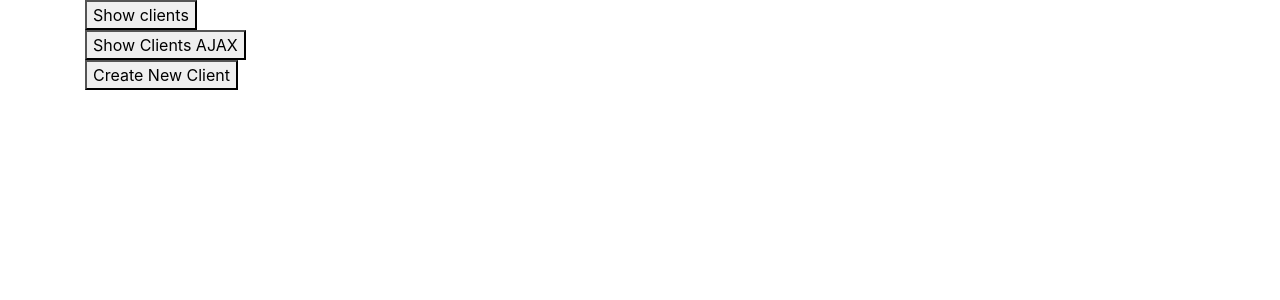
Repository: motiejus1/16-paskaita-PHP-05.31
Page: http://localhost/
These files come from the project's save history. The page is drawn as it stood at one moment and after the next save; the edit follows.
The browser window is 1280 px wide. The pictures show the whole page.
Some web libraries are served in a nearby version. The page is run by PHP 8.4 with error messages shown; the project is at /var/www/html/.

Above is the page before, as saved 2021-09-08 20:42:05.

### index.php

<?php require_once("connection.php"); ?>

<!DOCTYPE html>
<html lang="lt">
<head>
    <meta charset="UTF-8">
    <meta http-equiv="X-UA-Compatible" content="IE=edge">
    <meta name="viewport" content="width=device-width, initial-scale=1.0">
    <title>AJAX</title>

    <?php require_once("includes.php"); ?>
</head>
<body>

    <div class="container">
        <form action="index.php" method="POST">
            <button type="submit" name="submit">Show clients</button>
        </form>




        <button id="show"> Show Clients AJAX</button>
        <div id="output"></div>

        <button id="create"> Create New Client </button>
        <div id="clientForm" class="d-none">


            <input  id="vardas" class="form-control" placeholder="Įveskita vardą" />
            <input id="pavarde" class="form-control" placeholder="Įveskita pavardę" />
            <input id="teises_id" class="form-control" placeholder="Įveskita teisės id" />
            <button id="createClient">Create</button>
        </div>

        <?php
        //Pridesim i duomenu baze naujus klientus naudodami ajax.
        //

        ?>
    </div>


    <table >

    <?php
        // if(isset($_POST["submit"])) {
        //     //siunciam uzklausa i duomenu baze
        //     //duomenis atvaizduojame

        //     $sql = "SELECT * FROM klientai
        //     WHERE 1
        //     LIMIT 50
        //     ";

        //     $result = $conn->query($sql);// uzklausos vykdymas

        //     while($clients = mysqli_fetch_array($result)) {
        //         echo "<tr>";
        //         echo "<td>". $clients["ID"]. "</td>";
        //         echo "<td>". $clients["vardas"]. "</td>";
        //         echo "<td>". $clients["pavarde"]. "</td>";
        //         echo "<td>". $clients["teises_id"]. "</td>";
        //         echo "</tr>";
        //     }
        // }

    ?>

    </table>
    <?php
    //AJAX - duomenu siuntimo i serveri Javascript pagalba technika.

    // Mygtuko paspaudimu atvaizduoti 50 klientu (be puslapio persikrovimo).
    ?>



    <script src="script.js"></script>
</body>
</html>

### connection.php
<?php

$database_server = 'localhost';
$database_username = 'root';
$database_password = '';
$database_name = 'klientuvaldymosistema';

// Create connection using mysqli_connect()
$conn = mysqli_connect($database_server, $database_username, $database_password, $database_name);

// If $conn is false, connection is failed
if (!$conn ) {
  die("Failed to connect to MySQL: " . mysqli_connect_error());
}

mysqli_set_charset($conn,"utf8");
// else {
    // echo "Prisijungimas ivyko sekmingai";
// }

?>

### includes.php
<?php

//Mums prireike biblioteku, ir mes jau susikurem 25 puslapius
echo '


<link rel="stylesheet" href="https://maxcdn.bootstrapcdn.com/bootstrap/4.0.0/css/bootstrap.min.css" integrity="sha384-Gn5384xqQ1aoWXA+058RXPxPg6fy4IWvTNh0E263XmFcJlSAwiGgFAW/dAiS6JXm" crossorigin="anonymous">
<script src="https://code.jquery.com/jquery-3.2.1.min.js"></script>
<script src="https://cdnjs.cloudflare.com/ajax/libs/popper.js/1.12.9/umd/popper.min.js" integrity="sha384-ApNbgh9B+Y1QKtv3Rn7W3mgPxhU9K/ScQsAP7hUibX39j7fakFPskvXusvfa0b4Q" crossorigin="anonymous"></script>
<script src="https://maxcdn.bootstrapcdn.com/bootstrap/4.0.0/js/bootstrap.min.js" integrity="sha384-JZR6Spejh4U02d8jOt6vLEHfe/JQGiRRSQQxSfFWpi1MquVdAyjUar5+76PVCmYl" crossorigin="anonymous"></script>

';
?>

### script.js
"use strict";


//tas mygtukas paspaudimo metu isvestu informacija
//i console log


document.querySelector("#show").addEventListener("click", function() {
    console.log("Mygtukas paspaustas");

    var xhttp = new XMLHttpRequest(); //objektas

    xhttp.onreadystatechange = function() {
        if(this.readyState == 4 && this.status == 200) {
            document.querySelector("#output").innerHTML = this.responseText; //
        }
    };

    xhttp.open("POST", "action.php", true);
    xhttp.send();

});

document.querySelector("#create").addEventListener("click", function() {

var clientForm = document.querySelector("#clientForm");
clientForm.classList.toggle("d-none");
// jeigu paslepta - atsiranda
// jeigu matoma - pasislepia

document.querySelector("#vardas").value = "";
document.querySelector("#pavarde").value = "";
document.querySelector("#teises_id").value = "";

});

document.querySelector("#createClient").addEventListener("click", function() {
    var vardas = document.querySelector("#vardas").value;
    var pavarde = document.querySelector("#pavarde").value;
    var teises_id =  document.querySelector("#teises_id").value;

    //ajax uzklausa
    var xhttp = new XMLHttpRequest(); //objektas

    xhttp.onreadystatechange = function() {
        if(this.readyState == 4 && this.status == 200) {
            document.querySelector("#output").innerHTML = this.responseText; //
        }
    };
    //???????
    xhttp.open("GET", "addClient.php?vardas=" + vardas + "&pavarde=" + pavarde + "&teises_id=" + teises_id, true);

    xhttp.send();


    // document.querySelector("#output").innerHTML = vardas + " " + pavarde + " " + teises_id;
});

console.log("Script failas veikia");

After the next save:
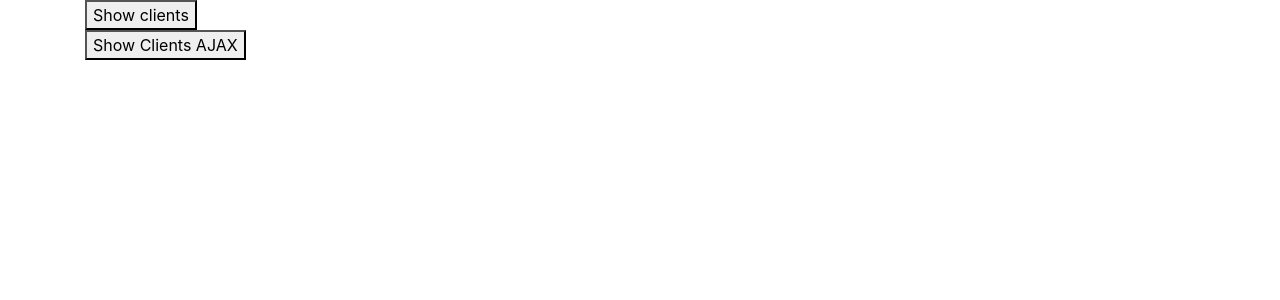
Console error: TypeError: Cannot read properties of null (reading 'addEventListener')
Saved 103 s later.
--- a/index.php
+++ b/index.php
@@ -24,15 +24,7 @@
         <button id="show"> Show Clients AJAX</button>
         <div id="output"></div>
 
-        <button id="create"> Create New Client </button>
-        <div id="clientForm" class="d-none">
 
-
-            <input  id="vardas" class="form-control" placeholder="Įveskita vardą" />
-            <input id="pavarde" class="form-control" placeholder="Įveskita pavardę" />
-            <input id="teises_id" class="form-control" placeholder="Įveskita teisės id" />
-            <button id="createClient">Create</button>
-        </div>
 
         <?php
         //Pridesim i duomenu baze naujus klientus naudodami ajax.

After the 3 saves that followed:
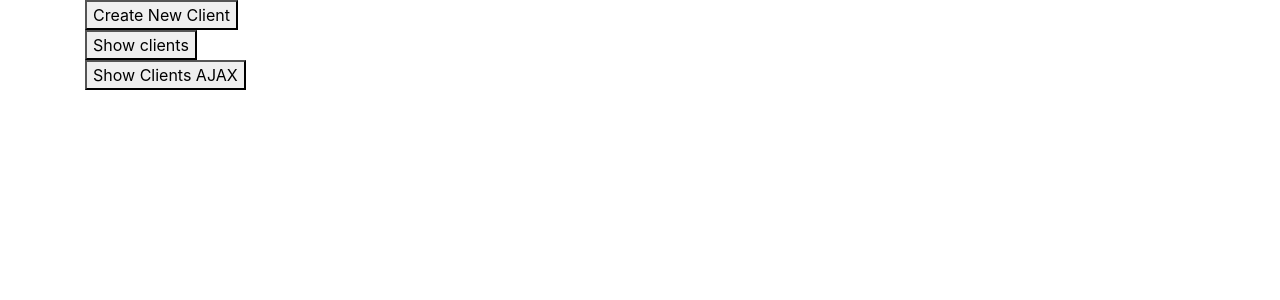
The error is gone.
The 3 saves are shown as one change because they came seconds apart.
The last was saved 7 s later.
--- a/index.php
+++ b/index.php
@@ -14,6 +14,17 @@
 <body>
 
     <div class="container">
+    <button id="create"> Create New Client </button>
+        <div id="clientForm" class="d-none">
+
+
+            <input  id="vardas" class="form-control" placeholder="Įveskita vardą" />
+            <input id="pavarde" class="form-control" placeholder="Įveskita pavardę" />
+            <input id="teises_id" class="form-control" placeholder="Įveskita teisės id" />
+            <button id="createClient">Create</button>
+        </div>
+
+
         <form action="index.php" method="POST">
             <button type="submit" name="submit">Show clients</button>
         </form>
